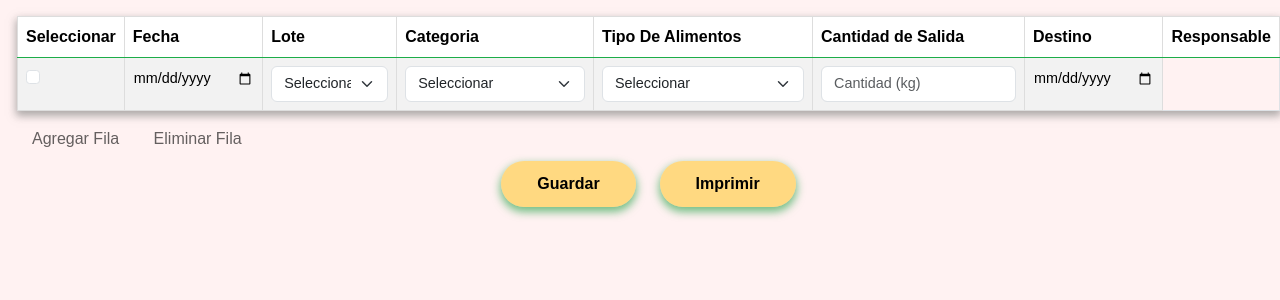
Repository: Mateojimenezz/Granja-Santa-Helena
Page: registroDiarioDeAlimentos.html
These files come from the project's save history. The page is drawn as it stood at one moment and after a run of saves; the edit follows.
The browser window is 1280 px wide. The pictures show the whole page.
Some web fonts or font styles are not loaded; a fallback is used.

Above is the page before, as saved 2025-04-22 15:53:12.

### registroDiarioDeAlimentos.html
<!DOCTYPE html>
<html lang="es">
<head>
    <meta charset="UTF-8">
    <meta name="viewport" content="width=device-width, initial-scale=1.0">
    <title>Registro Diario de Alimentos</title>
    <link href="https://cdn.jsdelivr.net/npm/bootstrap@5.3.3/dist/css/bootstrap.min.css" rel="stylesheet" integrity="sha384-QWTKZyjpPEjISv5WaRU9OFeRpok6YctnYmDr5pNlyT2bRjXh0JMhjY6hW+ALEwIH" crossorigin="anonymous">
     <link rel="stylesheet" href="https://cdn.jsdelivr.net/npm/bootstrap-icons@1.11.3/font/bootstrap-icons.min.css">
     <link rel="stylesheet" href="./assets/css/tablas.css"> <!-- Enlace a tu CSS -->
    <link href="https://fonts.googleapis.com/css2?family=Calistoga&display=swap" rel="stylesheet">
  </head>
<body>
    <main>
        <table class="table table-striped  mt-3 " id="userTable">
          <thead class="table">
            <tr>
              <th>Seleccionar</th> <!-- Nueva columna -->
              <th>Fecha</th>
              <th>Lote</th>
              <th>Categoria</th>
              <th>Tipo De Alimentos</th>
              <th>Cantidad de Salida</th>
              <th>Destino</th>
              <th>Responsable</th>
            </tr>
          </thead>
          <tbody>
            <tr>
              <td>
                <input type="checkbox" class="form-check-input" />
              </td>
              <td>
                <input type="date" class="input-no-border" placeholder="555-1234" />

              </td>
              <td>
                <!-- Selector de Lote -->
                <select class="form-select">
                  <option selected disabled>Seleccionar</option> <!-- Opción predeterminada -->
                  <option value="Lote 1">lote 1</option>
                  <option value="Lote 2">Lote 2</option>
                  <option value="Lote 3">Lote 3</option>
                </select>
              </td>
              <td>
                <!-- Selector de Categorías -->
                <select class="form-select">
                  <option selected disabled>Seleccionar</option> <!-- Opción predeterminada -->
                  <option value="Energeticos">Alimentos Energéticos</option>
                  <option value="Proteicos">Alimentos Proteicos</option>
                  <option value="Fibrosos">Alimentos Fibrosos</option>
                  <option value="Minerales">Alimentos Minerales</option>
                  <option value="Vitaminas">Vitaminas</option>
                </select>
              </td>
              <td>
                <!-- Selector de Tipos de Alimentos -->
                <select class="form-select">
                  <option selected disabled>Seleccionar</option> <!-- Opción predeterminada -->
                  <option value="Granos y Cereales">Granos y Cereales</option>
                  <option value="Subproductos Industriales">Subproductos Industriales</option>
                  <option value="Harinas de Origen Animal">Harinas de Origen Animal</option>
                  <option value="Harinas de Origen Vegetal">Harinas de Origen Vegetal</option>
                  <option value="Forrajes y Pastos">Forrajes y Pastos</option>
                  <option value="Subproductos Agrícolas">Subproductos Agrícolas</option>
                  <option value="Suplementos Minerales">Suplementos Minerales</option>
                  <option value="Premezclas Vitamínicas">Premezclas Vitamínicas</option>
                </select>
              </td>
              <td>
                <!-- Campo de entrada para cantidad de salida en kilogramos -->
                <input type="text" class="form-control" placeholder="Cantidad (kg)">
              </td>
              <td>
                <input type="date" class="input-no-border" placeholder="555-1234" />
              </td>

            </tr>
            <!-- Más filas aquí -->
          </tbody>
        </table>
        <a id="addUserButton" class=" btn-agregar-usuario mt-3">Agregar Fila</a>
        <a id="deleteUserButton" class=" btn-agregar-usuario mt-3">Eliminar Fila</a>
      </main>

      <footer class="d-flex justify-content-center align-items-center  text-white gap-4">
        <button class="btn ">Guardar</button>
        <button id="printButton" class="btn ">Imprimir</button>
      </footer>

      <script src="https://cdnjs.cloudflare.com/ajax/libs/jspdf/2.4.0/jspdf.umd.min.js"></script>
      <script src="https://cdnjs.cloudflare.com/ajax/libs/jspdf-autotable/3.5.25/jspdf.plugin.autotable.min.js"></script>
      <script src="https://cdn.jsdelivr.net/npm/bootstrap@5.3.3/dist/js/bootstrap.bundle.min.js" integrity="sha384-YvpcrYf0tY3lHB60NNkmXc5s9fDVZLESaAA55NDzOxhy9GkcIdslK1eN7N6jIeHz" crossorigin="anonymous"></script>
      <script src="/assets/js/inventarioDeAlimentos.js"></script> <!--  agregar y eliminar filas en la tabla-->
      <script src="/assets/js/imprimirtabla.js"></script> <!-- imprimir tabla -->

</body>

</html>

### assets/css/tablas.css
@import "./variables.css";
body {
  background-color: var(--color-FondoDiv2);
    font-family: Arial;
    margin-left: 17px;
    padding: 0;
  }


  table {
    width: 100%;
    border-collapse: collapse;
    margin: 0 auto;

  }

  table, th, td {
    border: 1px solid #ddd;
    box-shadow: 0 4px 8px 1px  rgba(120, 122, 120, 0.6) /* Sombra verde */

  }

  th, td {
    padding: 10px;
    text-align: left;
  }

  th {
    border-bottom: 1px solid var(--color-principal);


  }

  .btn {
    background-color: var(  --color-Botones);
    padding: 10px 35px;
    border-radius: 30px;
    color: black;
    font-weight: bold;
    box-shadow: 0 4px 8px 1px  rgba(25, 157, 60, 0.6) /* Sombra verde */
  }
  .btn:hover {
    background-color: #f4cf50; /* Tonalidad más oscura */
    color: black;
  }
  .btn:active {
    background-color:var(--color-principal)!important;
    color: white !important;
    box-shadow: none !important;
  }
  .btn-agregar-usuario {
    text-decoration: none;
    padding: 10px 15px;
    color:var(  --color-TextoMenuLateral);

  }
  .btn-agregar-usuario:hover {
    color:var(--color-principal); /* Cambia el color al pasar el mouse */
    text-decoration: underline; /* Subraya el texto */
  }

  /* Eliminar bordes de los inputs */
  .input-no-border {
    border: none; /* Sin bordes */
    outline: none; /* Sin resalte al enfocarse */
    background-color: transparent; /* Fondo transparente */
    width: 100%; /* Ocupa el ancho disponible */
  }

  /* Ajuste de tablas para diseño responsivo */
  #userTable {
    width: 100%; /* Ancho total de la tabla */
  }

  #userTable input,
  #userTable select {
    font-size: 0.9rem; /* Ajusta el tamaño del texto */
  }


  footer {
    text-align: center;
    padding: 10px;
  }
  @media (max-width: 768px) {
    .fixed-buttons {
      position: fixed;
      bottom: 20px;
      left: 20px;
      z-index: 1000;
    }

    #userTable {
      overflow-x: auto; /* Scroll horizontal en pantallas pequeñas */
      display: block;
    }
  }

  /* Opcional para mejorar el diseño */
  #userTable {
    width: 100%; /* Ocupa todo el ancho del contenedor */
  }

### assets/js/inventarioDeAlimentos.js
 // Función para añadir una nueva fila a la tabla
 const addUserButton = document.getElementById('addUserButton');
 const userTableBody = document.querySelector('#userTable tbody');


 addUserButton.addEventListener('click', function () {
   const newRow = document.createElement('tr');

   newRow.innerHTML = `
     <td>
       <input type="checkbox" class="form-check-input" />
     </td>
     <td>
       <input type="text" class="input-no-border" placeholder="Nombre" />
     </td>
     <td>
       <input type="text" class="input-no-border" placeholder="Identificación" />
     </td>
     <td>
       <input type="email" class="input-no-border" placeholder="Email" />
     </td>
     <td>
       <input type="tel" class="input-no-border" placeholder="Teléfono" />
     </td>
     <td>
        <select class="form-select">
            <option selected disabled>Seleccionar</option> <!-- Opción predeterminada -->
            <option value="Proveedor 1">Proveedor 1</option>
            <option value="Proveedor 2">Proveedor 2</option>
            <option value="Proveedor 3">Proveedor 3</option>
        </select>
    </td>
    <td>
         <select class="form-select">
            <option selected disabled>Seleccionar</option> <!-- Opción predeterminada -->
            <option value="Lote 1">lote 1</option>
            <option value="Lote 2">Lote 2</option>
            <option value="Lote 3">Lote 3</option>
        </select>
    </td>
     <td>
        <input type="date" class="input-no-border" placeholder="555-1234" />
      </td>

   `;

   userTableBody.appendChild(newRow);
 });
 // Función para eliminar la fila seleccionada o la última fila si no hay ninguna seleccionada
 deleteUserButton.addEventListener('click', function () {
    // Buscar filas seleccionadas
    const selectedRows = Array.from(document.querySelectorAll('#userTable tbody tr')).filter(row => {
      const checkbox = row.querySelector('.form-check-input');
      return checkbox && checkbox.checked;
    });

    if (selectedRows.length > 0) {
      // Eliminar las filas seleccionadas
      selectedRows.forEach(row => row.remove());
    } else {
      // Si no hay filas seleccionadas, eliminar la última fila
      const rows = document.querySelectorAll('#userTable tbody tr');
      if (rows.length > 0) {
        rows[rows.length - 1].remove();
      }
    }
  });

  printButton.addEventListener('click', function () {
    // Crear un nuevo documento PDF
    const { jsPDF } = window.jspdf;
    const doc = new jsPDF();

    // Obtener los datos de la tabla
    const table = document.getElementById('userTable');
    doc.autoTable({
      head: [['Seleccionar', 'Nombre', 'Identificación', 'Email', 'Teléfono', 'Rol', 'Asignar Permisos']], // Encabezados
      body: Array.from(table.querySelectorAll('tbody tr')).map(row => {
        return Array.from(row.cells).map(cell => {
          const input = cell.querySelector('input, select');
          return input ? input.value || input.options[input.selectedIndex]?.text : cell.textContent.trim();
        });
      }),
    });

    // Guardar como archivo PDF
    doc.save('tabla_usuarios.pdf'); // Nombre del archivo
  });

### assets/js/imprimirtabla.js
// Este script se encarga de imprimir la tabla de usuarios en formato PDF
  const printButton = document.getElementById('printButton');
  printButton.addEventListener('click', function () {
    // Crear un nuevo documento PDF
    const { jsPDF } = window.jspdf;
    const doc = new jsPDF();

    // Obtener los datos de la tabla
    const table = document.getElementById('userTable');
    doc.autoTable({
      head: [['Seleccionar', 'Nombre', 'Identificación', 'Email', 'Teléfono', 'Rol', 'Asignar Permisos']], // Encabezados
      body: Array.from(table.querySelectorAll('tbody tr')).map(row => {
        return Array.from(row.cells).map(cell => {
          const input = cell.querySelector('input, select');
          return input ? input.value || input.options[input.selectedIndex]?.text : cell.textContent.trim();
        });
      }),
    });

    // Guardar como archivo PDF
    doc.save('tabla_usuarios.pdf'); // Nombre del archivo
  });

### assets/css/variables.css
/* variables.css */
:root {
    --color-principal: #1CAD48 ;
    --color-Botones: rgba(255, 187, 0, 0.47);
    --color-texto: white;
    --color-fondo: #f5f5f5;
    --font-principal: 'calistoga','arial';
    --color-fondoDiv: #F8E91C;
    --color-FondoDiv2:#FFF2F2;
    --color-Footter: #D9D9D9;
    --letra-gris: #B0B0B7;
    --color-menu-lateral:#BDEAAD;
    --color-TextoMenuLateral:#645f5f; /* Color de texto del menú lateral */
    --fondo-formularios:#FFFFFF; /* Color de fondo de los formularios */
  }

After the next 2 saves:
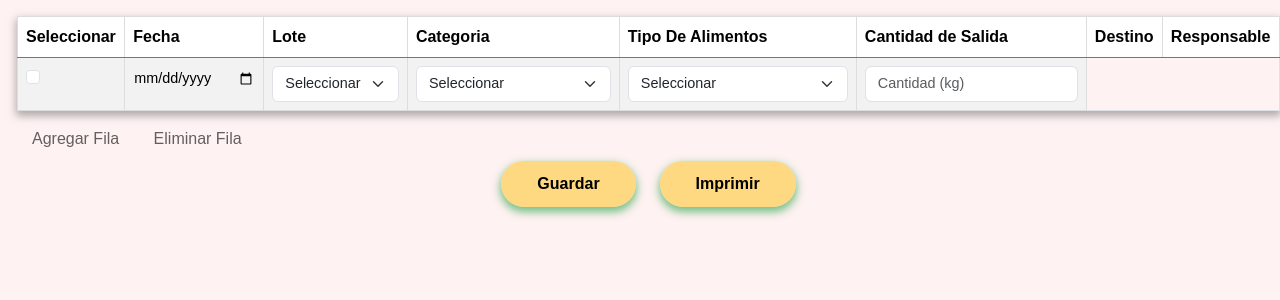
The 2 saves are shown as one change because they came seconds apart.
The last was saved 14 s later.
--- a/registroDiarioDeAlimentos.html
+++ b/registroDiarioDeAlimentos.html
@@ -71,9 +71,8 @@
                 <!-- Campo de entrada para cantidad de salida en kilogramos -->
                 <input type="text" class="form-control" placeholder="Cantidad (kg)">
               </td>
-              <td>
-                <input type="date" class="input-no-border" placeholder="555-1234" />
-              </td>
+
+
 
             </tr>
             <!-- Más filas aquí -->
